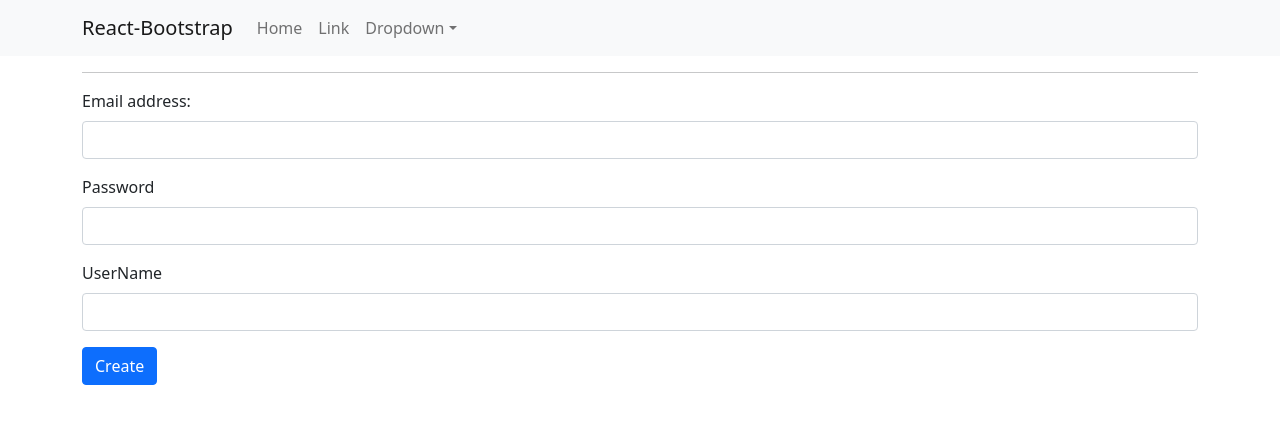
Repository: nnbxxx/-Redux-Ultimate---Redux
Page: /
These files come from the project's save history. The page is drawn as it stood at one moment and after the next save; the edit follows.
The browser window is 1280 px wide. The pictures show the whole page.
The page's requests for data from a server got no answer. The project was rebuilt for these pictures with package versions that can differ from the ones it lists, and the page was loaded fresh each time. No one was signed in, and anything a server would have sent is missing.

Above is the page before, as saved 2023-04-22 08:16:55.

### src/index.js
import React from "react";
import ReactDOM from "react-dom";
import "./index.css";
import App from "./App";
import reportWebVitals from "./reportWebVitals";
import { Provider } from "react-redux";
import store from "./redux/store";
import "bootstrap/dist/css/bootstrap.min.css";
ReactDOM.render(
  <Provider store={store}>
    <React.StrictMode>
      <App />
    </React.StrictMode>
  </Provider>,
  document.getElementById("root")
);

// If you want to start measuring performance in your app, pass a function
// to log results (for example: reportWebVitals(console.log))
// or send to an analytics endpoint. Learn more: https://bit.ly/CRA-vitals
reportWebVitals();

### src/App.js
import logo from "./logo.svg";
// import "./App.css";
import { increaseCounter, decreaseCounter } from "./action/actions.js";
import { connect, useDispatch, useSelector } from "react-redux";
import axios from "axios";
import { useEffect } from "react";
import Home from "./components/Home";
function App(props) {
  const dispatch = useDispatch();
  const count = useSelector((state) => {
    return state.counter.count;
  });
  const fetchAllUser = async () => {
    const re = await axios.get("http://localhost:8080/users/all");
    const data = re && re.data ? re.data : [];
  };
  useEffect(() => {
    fetchAllUser();
  }, []);
  return (
    <div className='App'>
      {/* <header className='App-header'>
        <img src={logo} className='App-logo' alt='logo' />
        <h1>Hello world with React and Hoi Dan IT!</h1>
        <div>Count: {count}</div>

        <button onClick={() => dispatch(increaseCounter())}>
          Increase Count
        </button>

        <button onClick={() => dispatch(decreaseCounter())}>
          Decrease Count
        </button>
      </header> */}
      <Home />
    </div>
  );
}
// const mapStateToProps = (state) => {
//   return {
//     count: state.counter.count,
//   };
// };

// const mapDispatchToProps = (dispatch) => {
//   return {
//     increaseCounter: () => dispatch(increaseCounter()),

//     decreaseCounter: () => dispatch(decreaseCounter()),
//   };
// };

// export default connect(mapStateToProps, mapDispatchToProps)(App);
export default App;

### src/redux/store.js
import { createStore } from "redux";

import rootReducer from "../reducer/rootReducer.js";
import { composeWithDevTools } from "redux-devtools-extension";
const store = createStore(rootReducer, composeWithDevTools());

export default store;

### src/action/actions.js
import { INCREMENT, DECREMENT } from "./types.js";

export const increaseCounter = () => {
  return {
    type: INCREMENT,
  };
};

export const decreaseCounter = () => {
  return {
    type: DECREMENT,
  };
};

### src/components/Home.js
import FormAddNew from "./FormAddNew";
import Header from "./Header";
import TableUser from "./TableUser";

const Home = (props) => {
  return (
    <>
      <Header />
      <FormAddNew />
      <TableUser />
    </>
  );
};
export default Home;

### src/reducer/rootReducer.js
import { combineReducers } from "redux";

import counterReducer from "./counterReducer.js";

const rootReducer = combineReducers({
  counter: counterReducer,
});

export default rootReducer;

### src/action/types.js
export const INCREMENT = "INCREMENT";

export const DECREMENT = "DECREMENT";

### src/components/FormAddNew.js
import Container from "react-bootstrap/Container";
import Button from "react-bootstrap/Button";
import Form from "react-bootstrap/Form";

const FormAddNew = (props) => {
  return (
    <>
      <Container>
        <hr />
        <Form>
          <Form.Group className='mb-3'>
            <Form.Label>Email address: </Form.Label>
            <Form.Control type='email' />
          </Form.Group>
          <Form.Group className='mb-3'>
            <Form.Label>Password</Form.Label>
            <Form.Control type='password' />
          </Form.Group>
          <Form.Group className='mb-3'>
            <Form.Label>UserName</Form.Label>
            <Form.Control type='text' />
          </Form.Group>
        </Form>
        <Button variant='primary'>Create</Button>
      </Container>
    </>
  );
};
export default FormAddNew;

### src/components/Header.js
import Container from "react-bootstrap/Container";
import Nav from "react-bootstrap/Nav";
import Navbar from "react-bootstrap/Navbar";
import NavDropdown from "react-bootstrap/NavDropdown";
const Header = () => {
  return (
    <>
      <Navbar bg='light' expand='lg'>
        <Container>
          <Navbar.Brand href='#home'>React-Bootstrap</Navbar.Brand>
          <Navbar.Toggle aria-controls='basic-navbar-nav' />
          <Navbar.Collapse id='basic-navbar-nav'>
            <Nav className='me-auto'>
              <Nav.Link href='#home'>Home</Nav.Link>
              <Nav.Link href='#link'>Link</Nav.Link>
              <NavDropdown title='Dropdown' id='basic-nav-dropdown'>
                <NavDropdown.Item href='#action/3.1'>Action</NavDropdown.Item>
                <NavDropdown.Item href='#action/3.2'>
                  Another action
                </NavDropdown.Item>
                <NavDropdown.Item href='#action/3.3'>
                  Something
                </NavDropdown.Item>
                <NavDropdown.Divider />
                <NavDropdown.Item href='#action/3.4'>
                  Separated link
                </NavDropdown.Item>
              </NavDropdown>
            </Nav>
          </Navbar.Collapse>
        </Container>
      </Navbar>
    </>
  );
};
export default Header;

### src/components/TableUser.js
const TableUser = (props) => {
  return <></>;
};
export default TableUser;

### src/reducer/counterReducer.js
import { INCREMENT, DECREMENT } from "../action/types.js";

const INITIAL_STATE = {
  count: 0,
};

const reducer = (state = INITIAL_STATE, action) => {
  switch (action.type) {
    case INCREMENT:
      return {
        ...state,
        count: state.count + 1,
      };

    case DECREMENT:
      return {
        ...state,
        count: state.count - 1,
      };

    default:
      return state;
  }
};

export default reducer;

Loaded but not shown: public/index.html (common file); src/index.css (common file); src/reportWebVitals.js (common file)

After the next save:
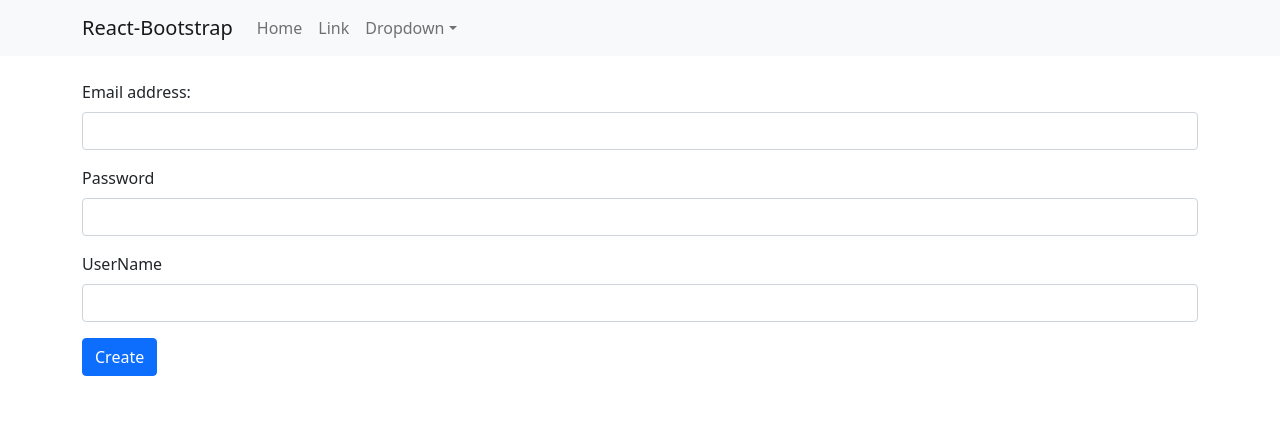
Saved 17 s later.
--- a/src/components/FormAddNew.js
+++ b/src/components/FormAddNew.js
@@ -6,7 +6,7 @@ const FormAddNew = (props) => {
   return (
     <>
       <Container>
-        <hr />
+        <br />
         <Form>
           <Form.Group className='mb-3'>
             <Form.Label>Email address: </Form.Label>
